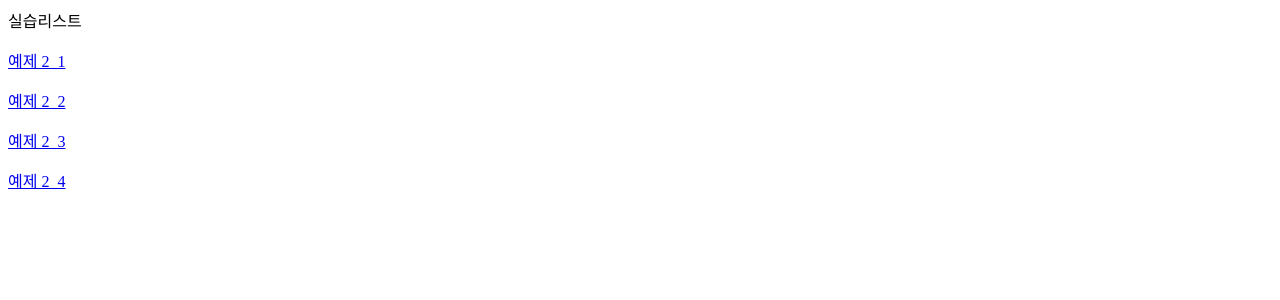
Repository: pjongbum/JSP
Page: http://localhost/jsbook/
The author's editor kept a copy of each file at every save. The page is drawn from the files as they stood at one save, then again after the next save.
The browser window is 1280 px wide. The pictures show the whole page.
The page is served by Tomcat 10. Other server files are loaded and not shown.

Above is the page before, as saved 2024-10-08 01:28:50.

### jsbook/src/main/webapp/index.jsp
<%@ page language="java" contentType="text/html; charset=UTF-8"
    pageEncoding="UTF-8"%>
<!DOCTYPE html>
<html>
<head>
<meta charset="UTF-8">
<title>Insert title here</title>
</head>
<body>
실습리스트
<p><a href = "2_1">예제 2_1</a></p>
<p><a href = "2_2">예제 2_2</a></p>
<p><a href = "2_3">예제 2_3</a></p>
<p><a href = "2_4">예제 2_4</a></p>
</body>
</html>

After the next save:
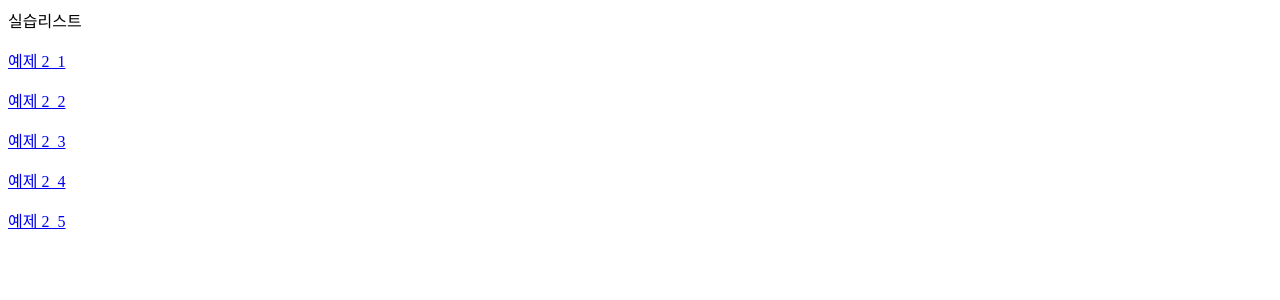
Saved 83 s later.
--- a/jsbook/src/main/webapp/index.jsp
+++ b/jsbook/src/main/webapp/index.jsp
@@ -12,5 +12,6 @@
 <p><a href = "2_2">예제 2_2</a></p>
 <p><a href = "2_3">예제 2_3</a></p>
 <p><a href = "2_4">예제 2_4</a></p>
+<p><a href = "2_5">예제 2_5</a></p>
 </body>
 </html>
